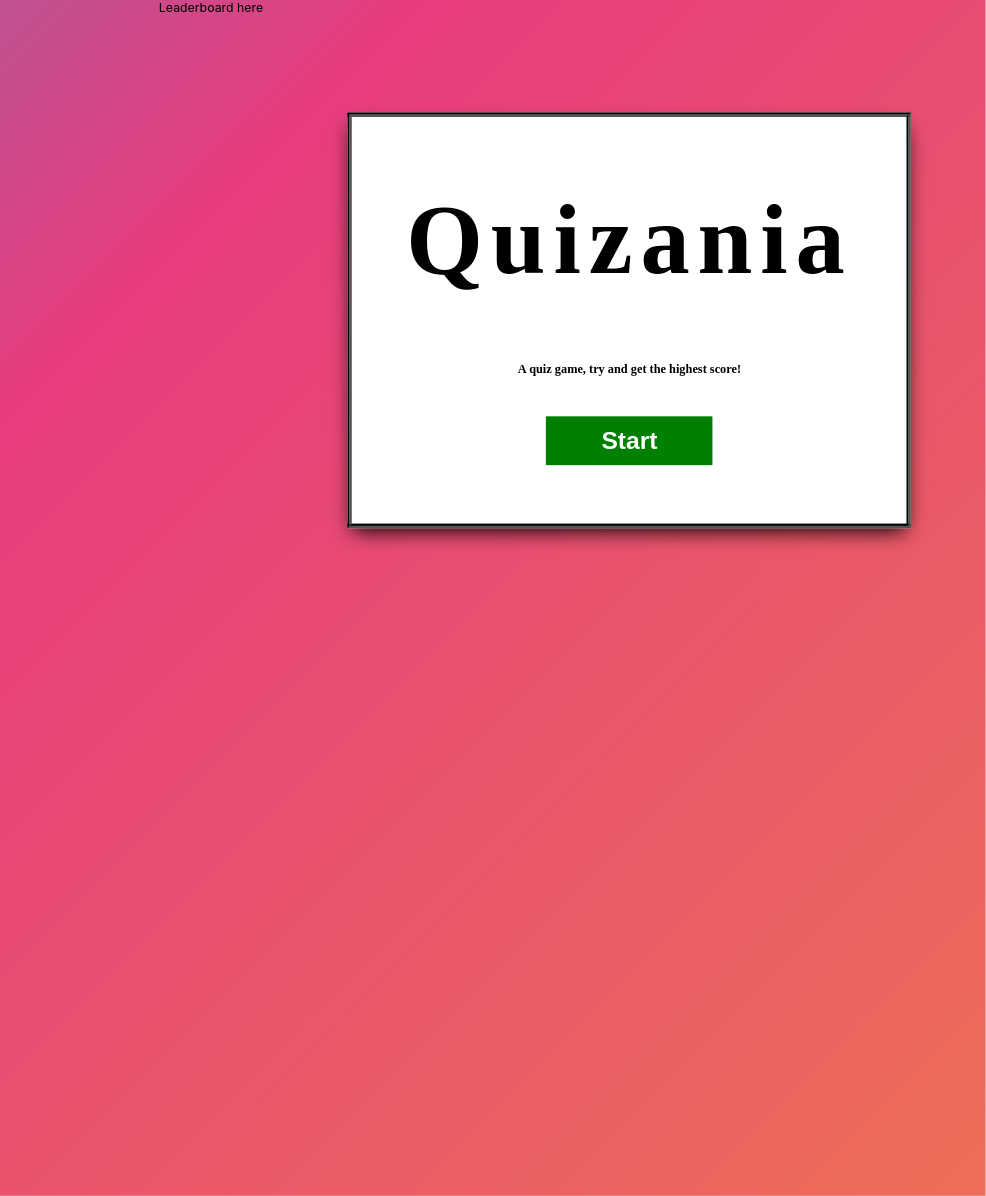
Repository: PatrickTheCodeGuy/QuizApp
Page: / (app in quizapp/)
An editor plug-in stored every save of this project. The page is shown before and after the next save, followed by the edit.
The browser window is 1280 px wide. The pictures show the whole page, at 77% of full size.
The project was rebuilt for these pictures with package versions that can differ from the ones it lists, and the page was loaded fresh each time.

Above is the page before, as saved 2021-07-08 13:35:16.

### quizapp/src/index.css
body {
  margin: 0;
  font-family: -apple-system, BlinkMacSystemFont, 'Segoe UI', 'Roboto', 'Oxygen',
    'Ubuntu', 'Cantarell', 'Fira Sans', 'Droid Sans', 'Helvetica Neue',
    sans-serif;
  -webkit-font-smoothing: antialiased;
  -moz-osx-font-smoothing: grayscale;
  background: linear-gradient(-45deg, #ee7752, #e73c7e, #23a6d5, #23d5ab);
    background-size: 400% 400%;
    animation: gradient 15s ease infinite;
}

code {
  font-family: source-code-pro, Menlo, Monaco, Consolas, 'Courier New',
    monospace;
}
html, body, #app, #app>div {
  width: 100%;
  height:100%;
}

#root{
  display:flex;
}


@keyframes gradient {
    0% {
        background-position: 0% 50%;
    }
    50% {
        background-position: 100% 50%;
    }
    100% {
        background-position: 0% 50%;
    }
}

### quizapp/src/App.js
import logo from './logo.svg';
import './App.css';
import Leaderboard from './components/Leaderboard/Leaderboard';
import StartMenu from './components/StartMenu/StartMenu';


function App() {
  return (
    <div className="startMenu-container App">
          <div class="leaderboard-container">
            <Leaderboard/>
          </div>
          <div class="game-container">
            <StartMenu/>
          </div>
    </div>
  );
}

export default App;

### quizapp/src/App.css
.App {
  display:flex
}

.App-logo {
  height: 40vmin;
  pointer-events: none;
}

@media (prefers-reduced-motion: no-preference) {
  .App-logo {
    animation: App-logo-spin infinite 20s linear;
  }
}

.App-header {
  background-color: #282c34;
  min-height: 100vh;
  display: flex;
  flex-direction: column;
  align-items: center;
  justify-content: center;
  font-size: calc(10px + 2vmin);
  color: white;
}

.App-link {
  color: #61dafb;
}

@keyframes App-logo-spin {
  from {
    transform: rotate(0deg);
  }
  to {
    transform: rotate(360deg);
  }
}


.startMenu-container{
  display: flex;
  margin: 0 auto;
}

.leaderboard-container {
    width: 30%;

}

### quizapp/src/components/Leaderboard/Leaderboard.js
import React from 'react';

class Leaderboard extends React.Component {
    constructor(props){
        super(props)
        // TODO
        //state for people and scores here
    }

    render(){
        return (
            <div>Leaderboard here</div>
        )
    }
}

export default Leaderboard;

### quizapp/src/components/StartMenu/StartMenu.js
import React from 'react';
import './StartMenu.css';

class StartMenu extends React.Component {
    constructor(props){
        super(props);
        // TODO
        // determine if need logic here, may just need to be a functional component.
    }

    render(){
        return (
            <div class="menu-container">
                <h1 class="menu-text">Quizania</h1>
                <p class="regular-text">A quiz game, try and get the highest score!</p>
                <button class="button-start">Start</button>
            </div>
        )
    }
}

export default StartMenu;

### quizapp/src/components/StartMenu/StartMenu.css
.menu-text{
    font-family: 'Zen Tokyo Zoo', cursive;
    font-size: 8em;
    letter-spacing: 0.08em;
}

.regular-text{
    font-family:fantasy;
    font-weight:900;
    ont-size: 1.4em;
}

.button-start{
    width: 30%;
    height: 12%;
    background: green;
    margin-top: 5%;
    color: white;
    border: 3px solid green;
    font-size: xx-large;
    font-weight: 600;
    transition: background-color 0.1s ease;
}

.button-start:hover{
    background: rgba(4, 255, 4, 0.311);
    color: black;
    border: 3px solid rgba(0, 188, 0, 0.743);
}

.menu-container{
    border: 6px groove black;
    text-align: center;
    background-color: white;
    box-shadow: 0px 12px 25px -8px #000000;
    width: 45em;
    height: 33em;
    margin: 20% 15%;
}

Loaded but not shown: quizapp/src/index.js (common file); quizapp/src/reportWebVitals.js (common file)

After the next save:
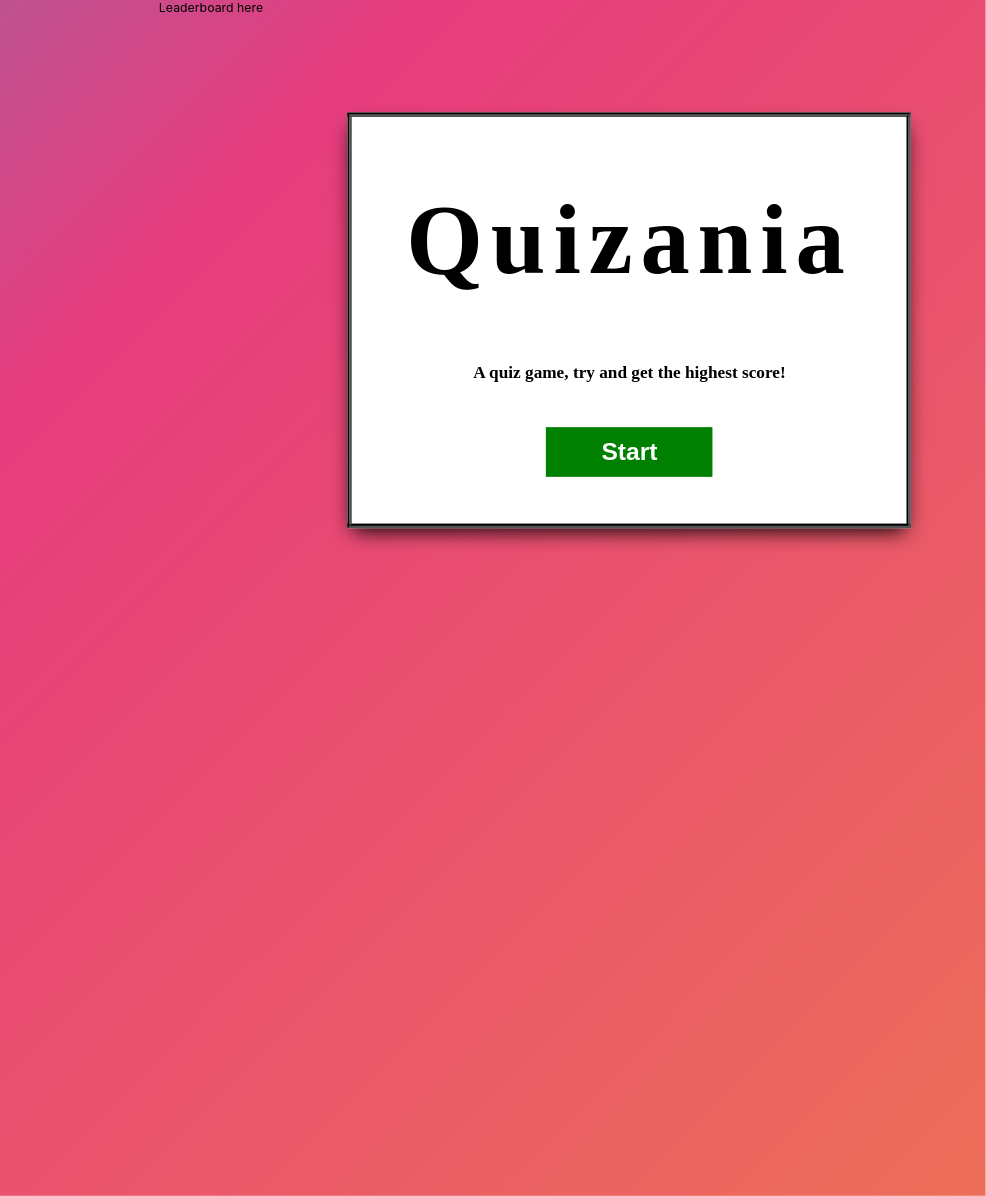
Saved 4 s later.
--- a/quizapp/src/components/StartMenu/StartMenu.css
+++ b/quizapp/src/components/StartMenu/StartMenu.css
@@ -7,7 +7,7 @@
 .regular-text{
     font-family:fantasy;
     font-weight:900;
-    ont-size: 1.4em;
+    font-size: 1.4em;
 }
 
 .button-start{
